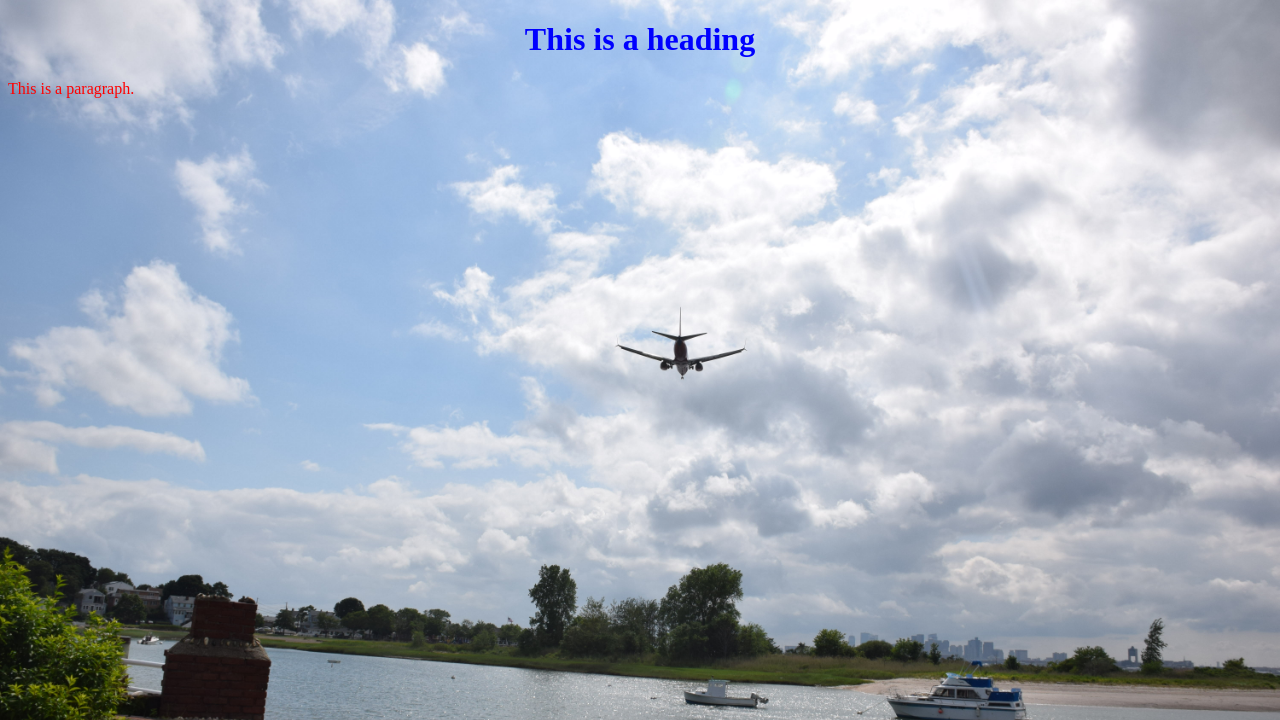
Repository: rkelly7391/milestone1
Page: http://localhost/ryanKellyAirline/
The author's editor kept a copy of each file at every save. The page is drawn from the files as they stood at one save, then again after the next save.
The browser window is 1280 px wide. The pictures show the whole page.
The page is served by Tomcat 9. Nobody is signed in. The application's start-up code is not run. Other server files are loaded and not shown.

Above is the page before, as saved 2018-03-09 21:02:43.

### ryanKellyAirline/src/main/webapp/index.jsp
<%@ page contentType="text/html;charset=UTF-8" language="java" %>
<!DOCTYPE html>
<html>
<head>
  <link rel="stylesheet" href="styles.css">
</head>
<body>

<h1>This is a heading</h1>
<p>This is a paragraph.</p>

</body>
</html>

### ryanKellyAirline/src/main/webapp/styles.css
@charset "ISO-8859-1";
body {
    background:url(background.jpg);
    background-size: cover;
}
h1 {
    color: blue;
    text-align: center;
}
p {
    color: red;
}

After the next save:
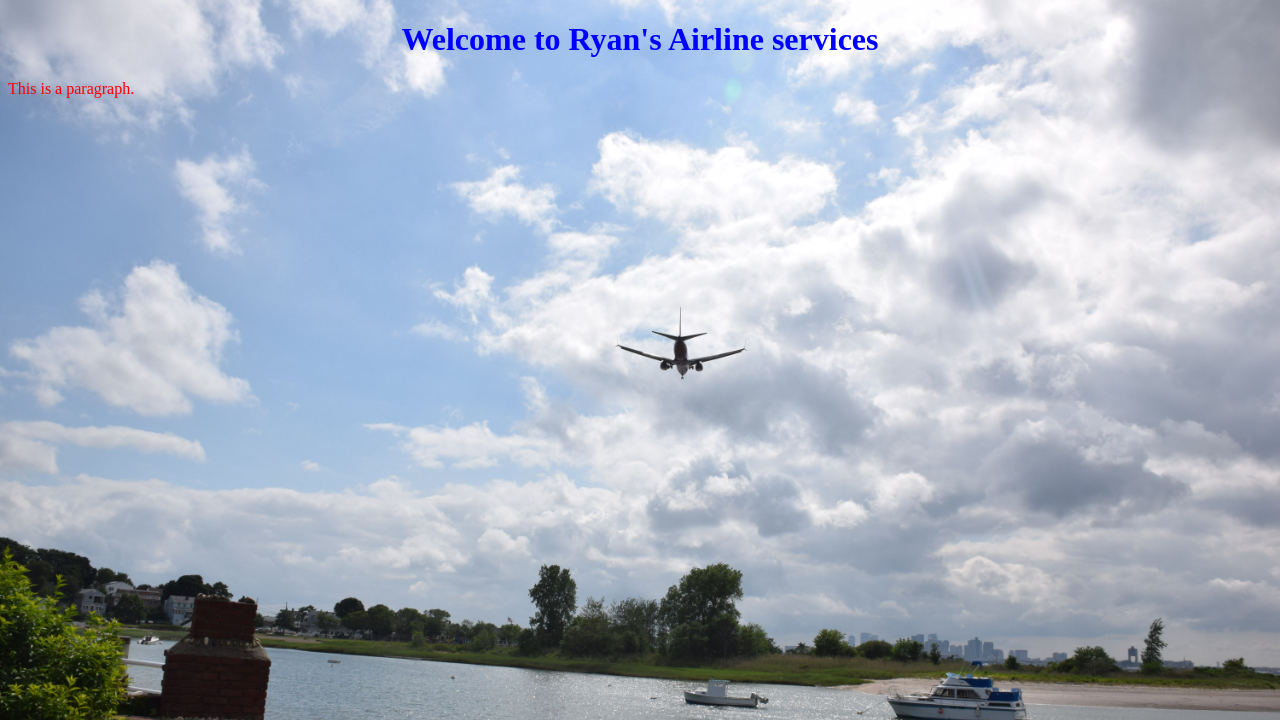
Saved 94 s later.
--- a/ryanKellyAirline/src/main/webapp/index.jsp
+++ b/ryanKellyAirline/src/main/webapp/index.jsp
@@ -6,7 +6,7 @@
 </head>
 <body>
 
-<h1>This is a heading</h1>
+<h1>Welcome to Ryan's Airline services</h1>
 <p>This is a paragraph.</p>
 
 </body>
